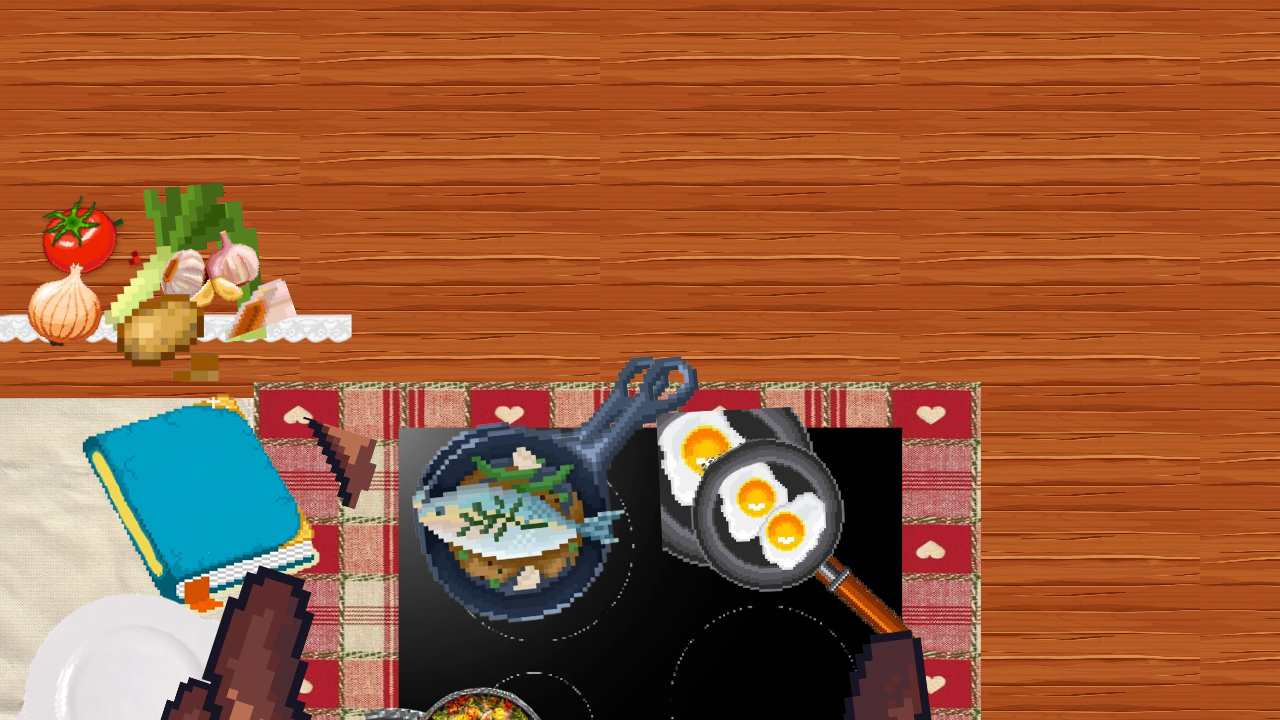
Repository: AJamdonuts/ToddyTalks
Page: playingaround2/pages/chefsujin.html
An editor plug-in stored every save of this project. The page is shown before and after the next save, followed by the edit.
The browser window is 1280 px wide. The pictures show the whole page.

Above is the page before, as saved 2025-11-26 20:19:37.

### playingaround2/pages/chefsujin.html
<!DOCTYPE html>
<html>
<head>
    <meta charset="UTF-8">
    <meta name="viewport" content="width=device-width, initial-scale=1">
    <link href="/playingaround2/styles/chefsujin.css" rel="stylesheet">
    <script src="/playingaround2/javascript/chefsujin.js" defer></script>
    <title>Chef Sujin</title>
    <link rel="icon" type="image/x-icon" href="/playingaround2/images/favicon.ico">
</head>
<body>
    <div class="canvas">
        <img src="/playingaround2/images/09362b8ce39beb85f830c3373e6b392c-removebg-preview.png" alt="Chef Sujin Banner" class="chef-sujin-banner">
        <img src="/playingaround2/images/b41e50d46e26e9463ce130b2da7a46aa.jpg" class="creamtexture">
        <img src="/playingaround2/images/check table cloth.jpg" class="checktablecloth">
        <img src="/playingaround2/images/pxArt-2.png" class="hob">
        <img src="/playingaround2/images/pixil-frame-0-removebg-preview 1.png" class="recipebook">
        <img src="/playingaround2/images/fishpan.png" class="fishpan">
        <img src="/playingaround2/images/leek-removebg-preview.png" class="leek">
        <img src="/playingaround2/images/garlic-removebg-preview.png" class="garlic">
        <img src="/playingaround2/images/d95fa1e62c663504736614e026fc4862-removebg-preview.png" class="potato">
        <img src="/playingaround2/images/pixil-frame-0-removebg-preview.png" class="eggpan" >
        <img src="/playingaround2/images/pxArt-2-removebg-preview.png" class="vegpan">
        <img src="/playingaround2/images/pxArt-removebg-preview.png" class="plate">
        <img src="/playingaround2/images/tomato-removebg-preview.png" class="tomato">
        <img src="/playingaround2/images/onion-removebg-preview.png" class="onion">
        <img src="/playingaround2/images/IMG_0236_2-removebg-preview.png" class="beararm1" >
        <img src="/playingaround2/images/IMG_0236-removebg-preview.png" class="beararm2" >
    </div>

</body>
</html>

### playingaround2/styles/chefsujin.css


/* Add a main container to hold all your absolutely positioned elements */
.canvas {
    position: relative;
    max-width: 1440px;
    max-height: 1024px;
    width: 100%;
    height: 100%;
    transform-origin: bottom left;
    transform: scale(var(--scale-factor, 1));
}

/* Use Flexbox on the body to center the .canvas element when it hits the max size */
body {
    display: flex;
    justify-content: center; /* horizontally center canvas */
    align-items: flex-end;   /* vertically position canvas as needed */

    background-image: url('/playingaround2/images/kitchencounter.jpg');
    background-repeat: repeat;      /* repeat the image */
    background-size: 300px 100px;   /* set width and height for each tile */
    background-position: top left;  /* start tiling from top-left */
    background-attachment: scroll;  /* moves with page */
    background-color: #ffffff;      /* fallback color */
}

.tomato {
    position: absolute;
    width: 133.75px;
    height: 133.75px;
    left: 45.02px;
    top: 55.06px;
    background: url(tomato-removebg-preview.png);
    filter: drop-shadow(0px 4px 4px rgba(0, 0, 0, 0.25));
    border-radius: 4px;
    transform: rotate(-24.58deg);
}

.potato {
    position: absolute;
    width: 165px;
    height: 165px;
    left: 146px;
    top: 161px;
    background: url(d95fa1e62c663504736614e026fc4862-removebg-preview.png);
}

.leek {
    position: absolute;
    width: 257.96px;
    height: 257.96px;
    left: 109.95px;
    top: 20px;
    background: url(leek-removebg-preview.png);
    transform: rotate(-5.62deg);
}

.garlic {
    position: absolute;
    width: 194.8px;
    height: 194.8px;
    left: 200.62px;
    top: 74.87px;
    background: url(garlic-removebg-preview.png);
    transform: rotate(-19.27deg);
}

.onion {
    position: absolute;
    width: 126.18px;
    height: 144.28px;
    left: 32px;
    top: 145.3px;
    background: url(onion-removebg-preview.png);
    transform: rotate(17.63deg);
    }

.recipebook {
    position: absolute;
    width: 392px;
    height: 392px;
    left: 90px;
    top: 302px;
}

.plate {
    position: absolute;
    width: 334.76px;
    height: 332.75px;
    left: 22px;
    top: 616px;
    background: url(pxArt-removebg-preview.png);
    transform: rotate(19.64deg);
}

.beararm1 {
    position: absolute;
    width: 448.49px;
    height: 883.17px;
    left: 132px;
    top: 374px;
    background: url(IMG_0236_2-removebg-preview.png);
    transform: matrix(0.95, 0.31, 0.31, -0.95, 0, 0);
}

.beararm2 {
    position: absolute;
    width: 348.8px;
    height: 764.5px;
    left: 1062px;
    top: 450px;
    background: url(IMG_0236-removebg-preview.png);
    transform: matrix(0.99, -0.13, -0.13, -0.99, 0, 0);
}

.fishpan {
    position: absolute;
    width: 546.95px;
    height: 546.95px;
    left: 532px;
    top: 257px;
    background: url(fishpan.png);
    transform: rotate(-6.22deg);
}

.eggpan {
    position: absolute;
    width: 396px;
    height: 396px;
    left: 942.44px;
    top: 362.44px;
    background: url(pixil-frame-0-removebg-preview.png);
    transform: rotate(177.33deg);
}

.vegpan {
    position: absolute;
    width: 207px;
    height: 310px;
    left: 580.54px;
    top: 703.1px;
    background: url(pxArt-2-removebg-preview.png);
    transform: rotate(81.24deg);
}

.hob {
position: absolute;
width: 716px;
height: 632px;
left: 567px;
top: 392px;
background: url(pxArt-2.png);
}

.creamtexture {
    position: absolute;
    width: 476px;
    height: 700px;
    left: -115px;
    top: 350px;
    background: url(b41e50d46e26e9463ce130b2da7a46aa.jpg);
}

.checktablecloth {
    position: absolute;
    width: 1034px;
    height: 697px;
    left: 361px;
    top: 327px;
}

html, body {
    margin: 0;
    padding: 0;
    width: 100vw;
    height: 100vh;
    overflow: hidden;
}

body {
    display: flex;
    justify-content: center;
    align-items: center;
}

.canvas {
    position: relative;
    width: 100vw;
    height: 100vh;
    min-height: auto;
}

### playingaround2/javascript/chefsujin.js
function calculateScaleFactor() {
    // Define the original design dimensions
    const DESIGN_WIDTH = 1440;
    const DESIGN_HEIGHT = 1024;

    // Get the current viewport dimensions
    const viewportWidth = window.innerWidth;
    const viewportHeight = window.innerHeight;

    // Calculate the scale factor for both dimensions
    const widthScale = viewportWidth / DESIGN_WIDTH;
    const heightScale = viewportHeight / DESIGN_HEIGHT;

    // Use the smaller scale factor to ensure everything fits inside the window
    const scaleFactor = Math.min(widthScale, heightScale);

    // Get the .canvas element
    const canvas = document.querySelector('.canvas');

    // Apply the scale factor as a CSS variable
    if (canvas) {
        // If the viewport is larger than the design max, don't scale up past 1
        const finalScale = Math.min(scaleFactor, 1);
        canvas.style.setProperty('--scale-factor', finalScale);

        // Additionally, set the fixed width/height so the centering works correctly
        canvas.style.width = `${DESIGN_WIDTH}px`;
        canvas.style.height = `${DESIGN_HEIGHT}px`;
    }
}

// Run on load and on every window resize
window.addEventListener('resize', calculateScaleFactor);
document.addEventListener('DOMContentLoaded', calculateScaleFactor);

After the next save:
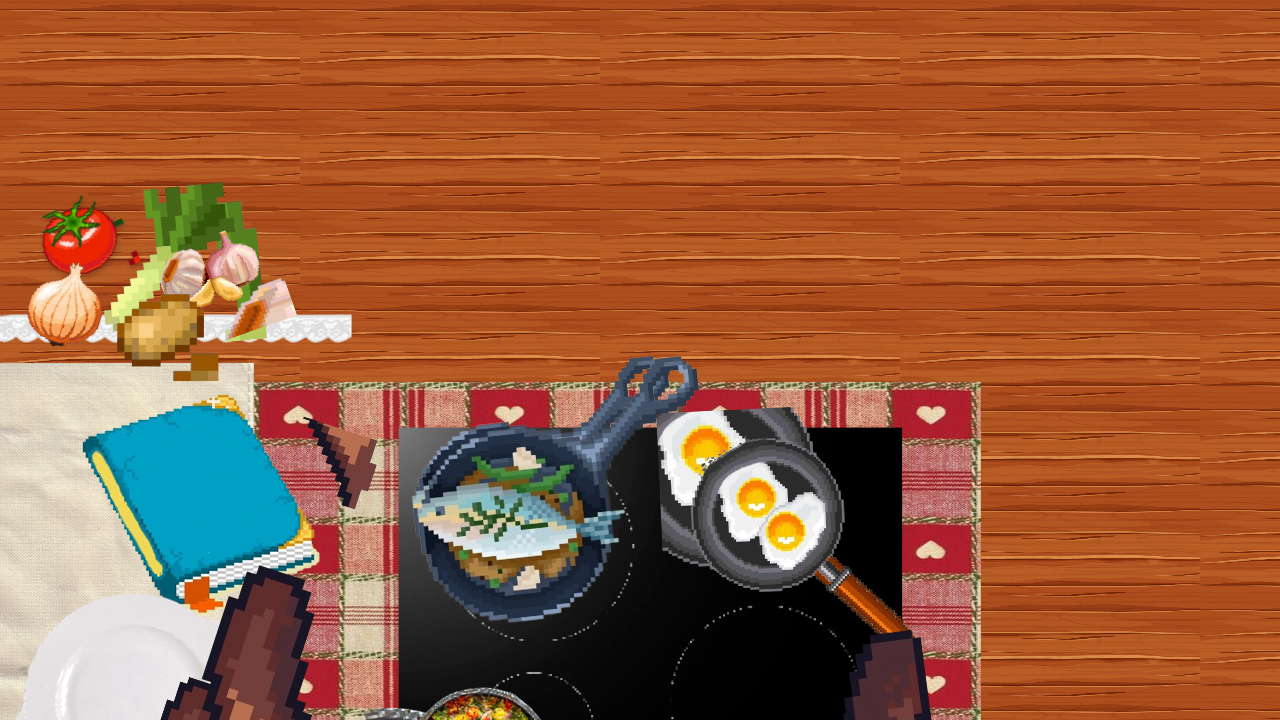
Saved 9 s later.
--- a/playingaround2/styles/chefsujin.css
+++ b/playingaround2/styles/chefsujin.css
@@ -158,7 +158,7 @@ background: url(pxArt-2.png);
     width: 476px;
     height: 700px;
     left: -115px;
-    top: 350px;
+    top: 300px;
     background: url(b41e50d46e26e9463ce130b2da7a46aa.jpg);
 }
 
